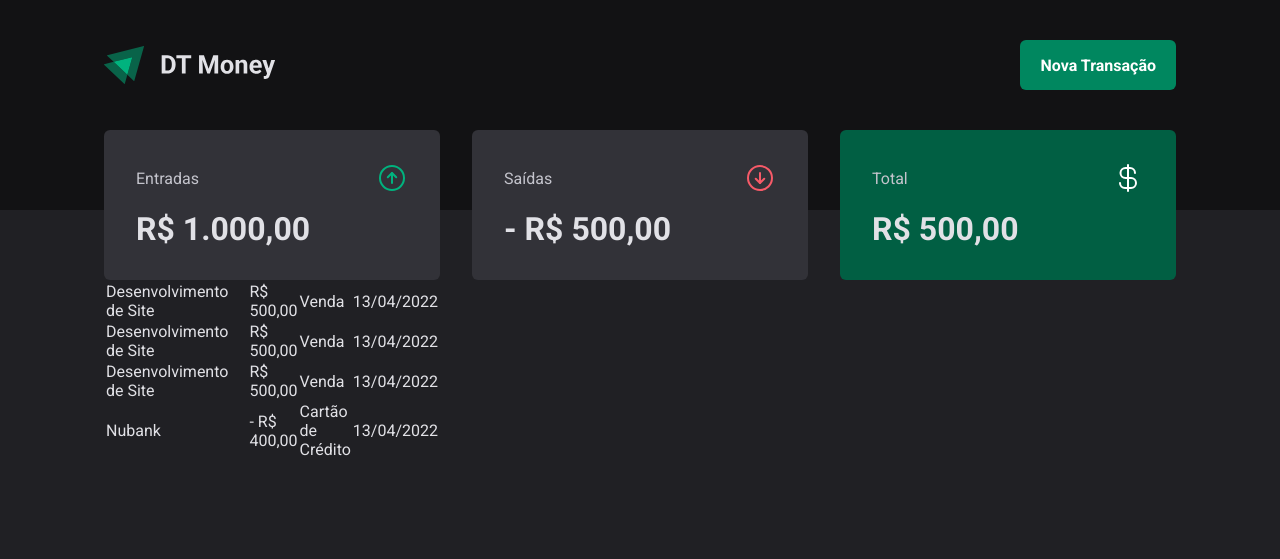
Repository: guilhermecardoso93/dtmoney-reactjs-ignite
Page: /
The author's editor kept a copy of each file at every save. The page is drawn from the files as they stood at one save, then again after the next save.
The browser window is 1280 px wide. The pictures show the whole page.
The project was rebuilt for these pictures with package versions that can differ from the ones it lists, and the page was loaded fresh each time. Also part of the build but not shown: vite.config.ts.

Above is the page before, as saved 2022-08-15 21:24:20.

### index.html
<!DOCTYPE html>
<html lang="pt-BR">
  <head>
    <meta charset="UTF-8" />
    <link rel="icon" type="image/svg+xml" href="/vite.svg" />
    <link rel="preconnect" href="https://fonts.googleapis.com" />
    <link rel="preconnect" href="https://fonts.gstatic.com" crossorigin />
    <link
      href="https://fonts.googleapis.com/css2?family=Fredoka+One&family=Roboto:wght@300;400;500;700&display=swap"
      rel="stylesheet"
    />
    <meta name="viewport" content="width=device-width, initial-scale=1.0" />
    <title>Dt Money 2022</title>
  </head>
  <body>
    <div id="root"></div>
    <script type="module" src="/src/main.tsx"></script>
  </body>
</html>

### src/App.tsx
import { ThemeProvider } from "styled-components";
import { Header } from "./components/Header";
import { Summary } from "./components/Summary";
import { Transactions } from "./pages/Transactions";
import { GlobalStyle } from "./styles/global";
import { defaultTheme } from "./styles/themes/default";

export function App() {
  return (
    <ThemeProvider theme={defaultTheme}>
      <GlobalStyle />
      <Header />
      <Summary />
      <Transactions/>
    </ThemeProvider>
  );
}

### src/components/Header/index.tsx
import { HeaderContainer, HeaderContent, NewTransactionButton } from "./styles";
import LogoImg from "../../assets/logo.svg";

export function Header() {
  return (
    <HeaderContainer>
      <HeaderContent>
        <img src={LogoImg} alt="" />
        <NewTransactionButton>Nova Transação</NewTransactionButton>
      </HeaderContent>
    </HeaderContainer>
  );
}

### src/components/Summary/index.tsx
import { ArrowCircleDown, ArrowCircleUp, CurrencyDollar } from "phosphor-react";
import { SummaryCard, SummaryContainer } from "./styles";

export function Summary() {
  return (
    <SummaryContainer>
      <SummaryCard>
        <header>
          <span>Entradas</span>
          <ArrowCircleUp size={32} color="#00b37e" />
        </header>
        <strong>R$ 1.000,00</strong>
      </SummaryCard>
      <SummaryCard>
        <header>
          <span>Saídas</span>
          <ArrowCircleDown size={32} color="#f75a68" />
        </header>
        <strong> - R$ 500,00</strong>

      </SummaryCard>
      <SummaryCard variant="green">
        <header>
          <span>Total</span>
          <CurrencyDollar size={32} color="#fff" />
        </header>
        <strong>R$ 500,00</strong>
      </SummaryCard>
    </SummaryContainer>
  );
}

### src/pages/Transactions/index.tsx
import { Header } from "../../components/Header";
import { Summary } from "../../components/Summary";
import { TransactionContainer } from "./styles";

export function Transactions() {
  return (
    <>
      <TransactionContainer>
        <table>
          <tbody>
            <tr>
              <td width="50%">Desenvolvimento de Site</td>
              <td>R$ 500,00</td>
              <td>Venda</td>
              <td>13/04/2022</td>
            </tr>
            <tr>
              <td width="50%">Desenvolvimento de Site</td>
              <td>R$ 500,00</td>
              <td>Venda</td>
              <td>13/04/2022</td>
            </tr>
            <tr>
              <td width="50%">Desenvolvimento de Site</td>
              <td>R$ 500,00</td>
              <td>Venda</td>
              <td>13/04/2022</td>
            </tr>
            <tr>
              <td width="50%">Nubank</td>
              <td> - R$ 400,00</td>
              <td>Cartão de Crédito</td>
              <td>13/04/2022</td>
            </tr>
          </tbody>
        </table>
      </TransactionContainer>
    </>
  );
}

### src/styles/global.ts
import { createGlobalStyle } from "styled-components";

export const GlobalStyle = createGlobalStyle`
* {
  margin: 0;
  padding: 0;
  box-sizing: border-box;
}

:focus {
  outline: 0;
  box-shadow:0 0 0 2ox ${(props) => props.theme["green-500"]} ;
}

body {
  background-color: ${(props) => props.theme["gray-800"]};
  color:${(props) => props.theme["gray-100"]}
}

body, input, text-area, button {
  font:400 1rem 'Roboto' ;
}
`;

### src/components/Header/styles.ts
import styled from "styled-components";

export const HeaderContainer = styled.header`
background-color: ${(props) => props.theme["gray-900"]};
padding: 2.5rem 0 7.5rem;
`;

export const HeaderContent = styled.div`
  width: 100%;
  max-width: 1120px;
  margin: 0 auto;
  padding: 0 1.5rem;

  display: flex;
  justify-content: space-between;
  align-items: center;
`;

export const NewTransactionButton = styled.button`
  height: 50px;
  border: 0;
  background-color: ${(props) => props.theme["green-500"]};
  color:${(props) => props.theme.white};
  font-weight:bold;
  padding: 0 1.25rem;
  border-radius: 6px;
  cursor: pointer;
  transition: background-color 0.2s;

  &:hover {
    background-color: ${(props) => props.theme["green-700"]};
  }
`;

### src/components/Summary/styles.ts
import styled, { css } from "styled-components";

export const SummaryContainer = styled.section`
  width: 100%;
  max-width: 1120px;
  margin: 0 auto;
  padding: 0 1.5rem;

  display:grid;
  grid-template-columns:  repeat(3, 1fr);
  gap: 2rem;

  margin-top: -5rem;
  `;

interface SummaryCardProps {
  variant?: "green";
}

export const SummaryCard = styled.div<SummaryCardProps>`
  background-color: ${(props) => props.theme["gray-600"]};
  border-radius: 6px;
  padding: 2rem;

  header{
    display: flex;
    align-items: center;
    justify-content: space-between;
    color: ${(props) => props.theme["gray-300"]};
  }

  strong {
    display: block;
    font-size: 2rem;
    margin-top: 1rem;
  }

  ${(props) =>
  props.variant === "green" && css`
    background-color: ${(props) => props.theme["green-700"]};
  `}

`;

### src/pages/Transactions/styles.ts
import styled, { css } from "styled-components";

export const TransactionContainer = styled.main`
  width: 100%;
  max-width: 1120px;
  margin: 0 auto;
  padding: 0 1.5rem;

  display:grid;
  grid-template-columns:  repeat(3, 1fr);
  gap: 2rem;

  `;

Loaded but not shown: src/main.tsx (common file); src/styles/themes/default.ts (common file)

After the next save:
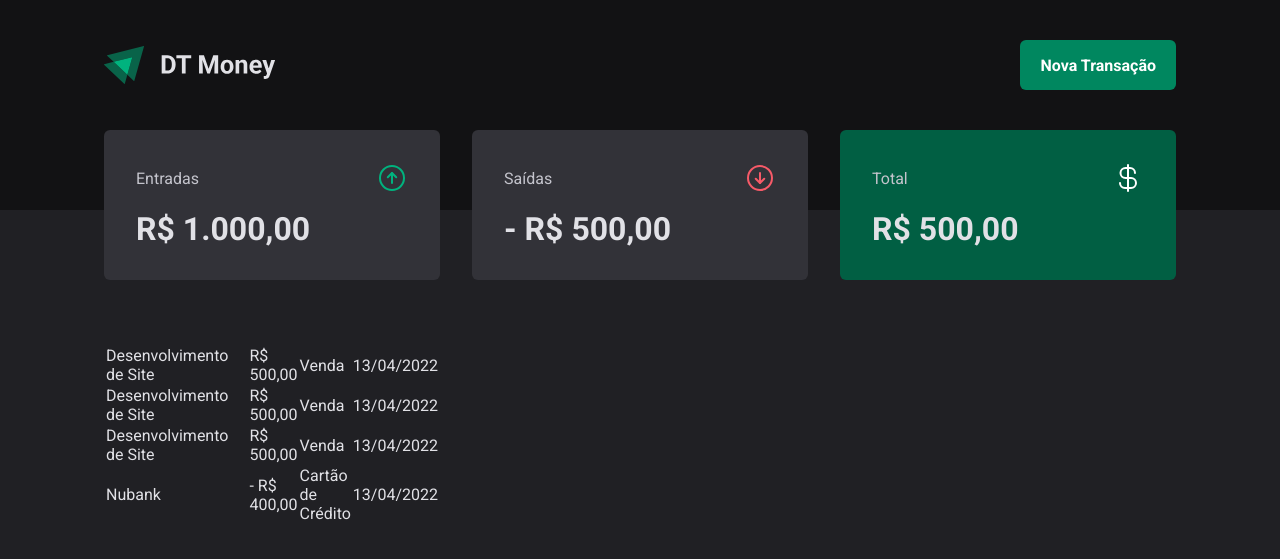
Saved 24 s later.
--- a/src/pages/Transactions/styles.ts
+++ b/src/pages/Transactions/styles.ts
@@ -3,7 +3,7 @@ import styled, { css } from "styled-components";
 export const TransactionContainer = styled.main`
   width: 100%;
   max-width: 1120px;
-  margin: 0 auto;
+  margin: 4rem auto 0;
   padding: 0 1.5rem;
 
   display:grid;
